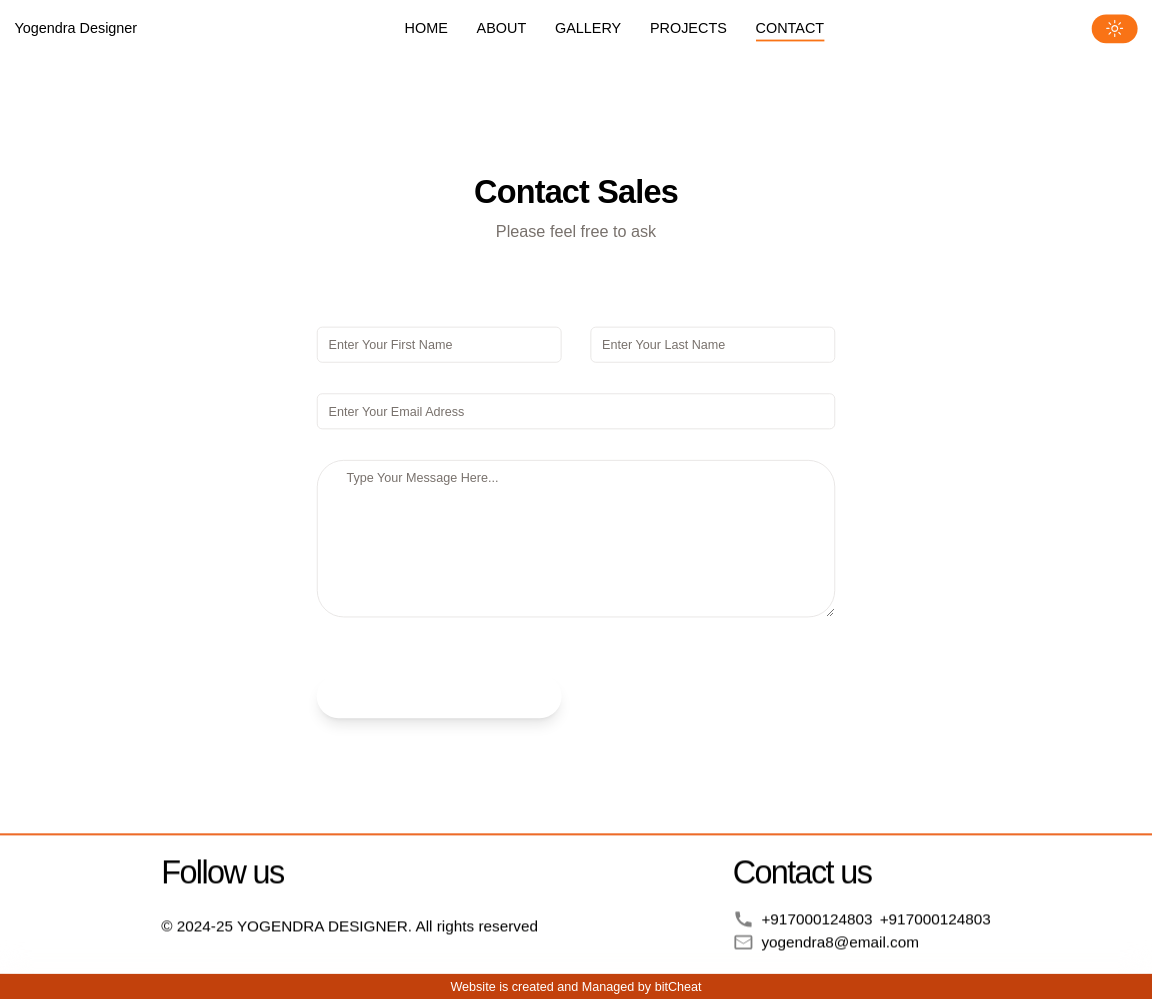
Repository: hitoutvrma/MB_designs-Interior-Designing-website
Page: /contact
An editor plug-in stored every save of this project. The page is shown before and after the next save, followed by the edit.
The browser window is 1280 px wide. The pictures show the whole page, at 90% of full size.
The project was rebuilt for these pictures with package versions that can differ from the ones it lists, and the page was loaded fresh each time. The framework's server and built-in components were replaced by stand-ins that run in the browser. Also part of the build but not shown: next.config.mjs.

Above is the page before, as saved 2024-09-16 19:43:14.

After the next save:
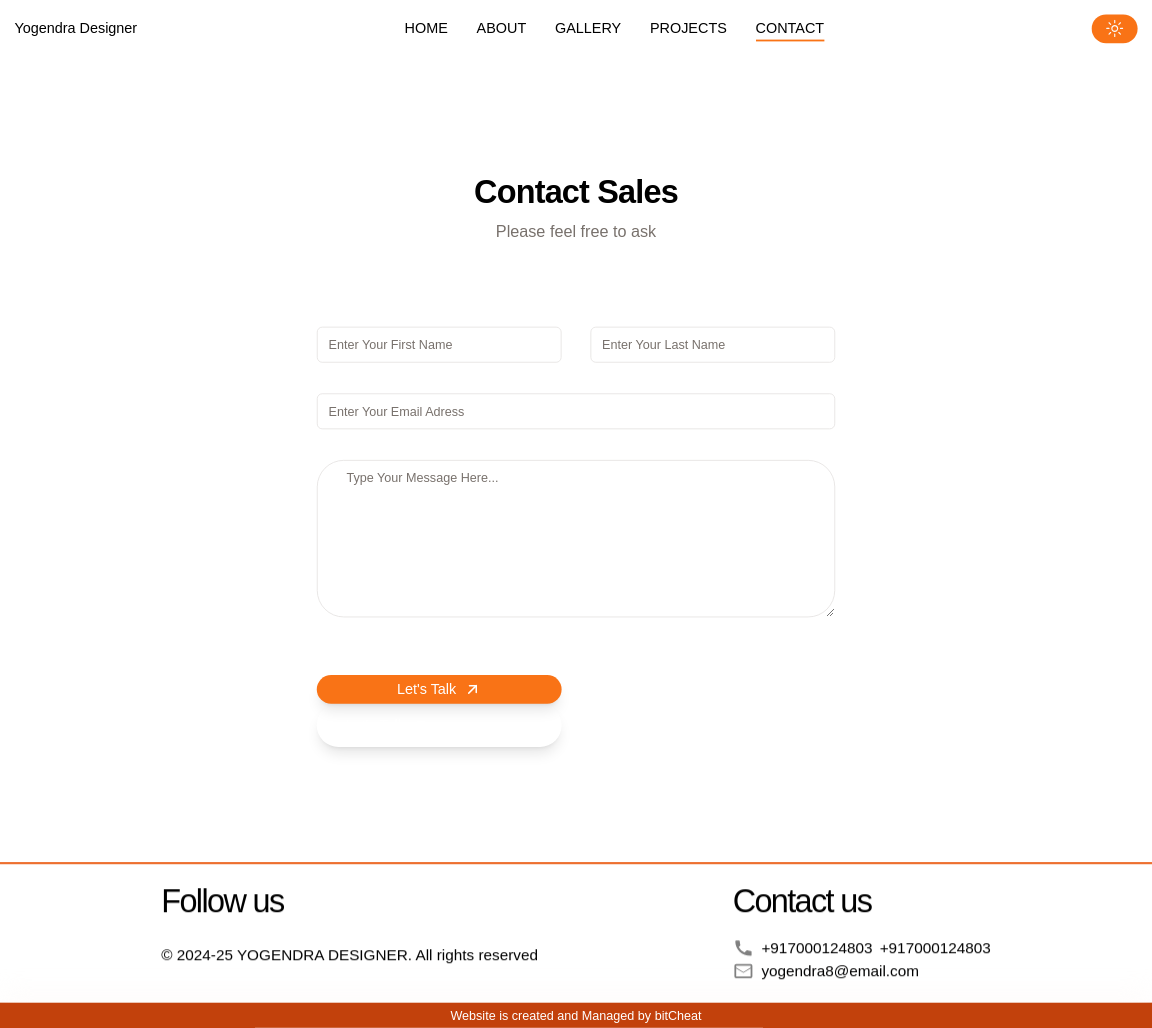
Saved 88 s later.
--- a/app/contact/page.jsx
+++ b/app/contact/page.jsx
@@ -1,3 +1,4 @@
+import { Button } from "@/components/ui/button";
 import { Input } from "@/components/ui/input";
 import { Textarea } from "@/components/ui/textarea";
 import { TbArrowUpRight } from "react-icons/tb";
@@ -28,6 +29,7 @@ export default function ContactSection(){
                 </div>
               </div>
               <div className="mt-10">
+                <Button type="submit" className="flex w-full items-center px-8 py-3 text-white rounded-full shadow-lg hover:bg-gray-800 hover:ring-2 hover:ring-gray-950 ring-offset-2">Let's Talk<TbArrowUpRight className="w-5 h-5 ml-2"/></Button>
                 <button type="submit" className="flex w-full items-center px-8 py-3 text-white rounded-full shadow-lg hover:bg-gray-800 hover:ring-2 hover:ring-gray-950 ring-offset-2">Let's Talk<TbArrowUpRight className="w-5 h-5 ml-2"/></button>
                  </div>
             </div>
